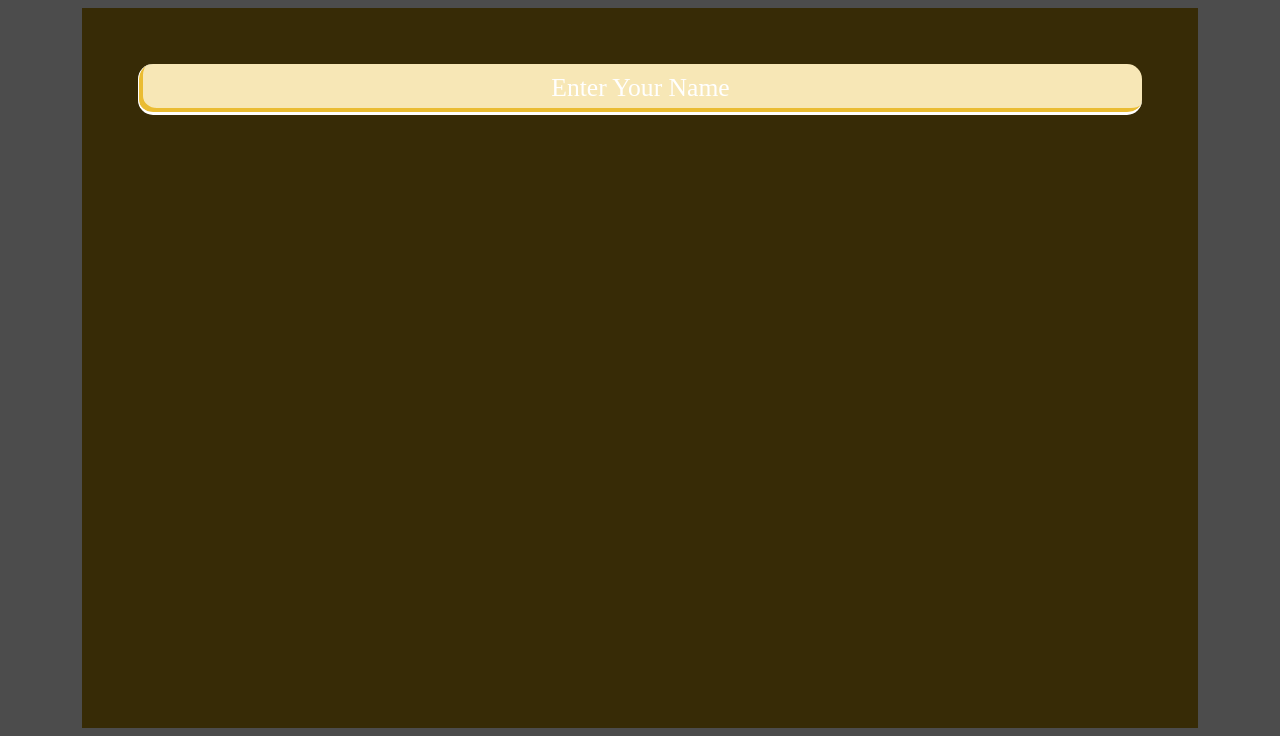
Repository: Haneef-Shaik/Greetings
Page: /
An editor plug-in stored every save of this project. The page is shown before and after the next save, followed by the edit.
The browser window is 1280 px wide. The pictures show the whole page.
The project was rebuilt for these pictures with package versions that can differ from the ones it lists, and the page was loaded fresh each time. The framework's server and built-in components were replaced by stand-ins that run in the browser. Also part of the build but not shown: next.config.js, styles/card.module.scss, components/card.js, styles/socialShare.module.scss, components/socialShare.js.

Above is the page before, as saved 2021-12-01 20:26:17.

### pages/_app.js
import '../styles/globals.css'
import 'bootstrap/dist/css/bootstrap.css'


function MyApp({ Component, pageProps }) {
  return <Component {...pageProps} />
}

export default MyApp

### pages/index.js
import Card from "../components/card.js";
import {useRouter} from 'next/router';
import Ss from "../components/socialShare"
import InpFrm from "../components/form"

export default function Home() {
  const {query} = useRouter();
  const myurls='https://gratefulprayerthankfulheart.com/wp-content/uploads/2014/12/aquawhitechristmastreegreeting.jpg';

  if(query.length > 0)
  {

    if(query.greeting)
    {
      return (
        <>
          <Card event={query.event} image={query.bgImg} name={query.name} greeting={query.greeting}  />
        </>
          )
    }
    else
    {
      return (
        <>
          <Card event={query.event} image={query.bgImg} name={query.name}  />
        </>
          )
    }

  }
  else
  {
    return (
        <>
          <InpFrm />
        </>
        )
  }
    // return (
    //   <>
        {/* <Card event='Event' image={myurls} name='Name' color='red' greeting="Lorem Ipsum is simply dummy text of the printing and typesetting industry. Lorem Ipsum has been thing software like Aldus PageMaker including versions of Lorem Ipsum."  /> */}
        {/* <Ss mylink="localhost:3000/name=haneef&event=christmas" /> */}
    {/*     <Ss mylink="localhost:3000/name=haneef&event=christmasW&sddsajnodsoduaibdadbksa" /> */}
    //   </>
    //     )

}

### components/form.js
/* eslint-disable no-undef */
import React, {useState,useRef} from 'react'

import 'bootstrap/dist/css/bootstrap.min.css';
import styles from '../styles/form.module.scss';
import IMAGE from 'next/image'


function Edit() {
    return (
        <div className="container-fluid p-2 "  style={{backgroundColor:'#4C4C4C'} }>
            <div className="container">
                <div className="row">
                    <div className="col-12">
                        <div className={styles.formContainer} >
                            <form>
                                <input type="text" placeholder="Enter Your Name" className="col-12 inpName" />
                            </form>
                        </div>
                    </div>
                </div>
            </div>
        </div>
    )
}


class InvitationCard extends React.Component{
    render(){
        return (

                <div className="body p-2" style={{backgroundColor: this.props.c,backgroundImage:`url(${this.props.im})`,backgroundSize:350,backgroundRepeat:'no-repeat'}} >
                    <h1 id="heading" style={{color: this.props.heading}}>{this.props.name}</h1>
                    <p style={{marginTop: "50px",color: this.props.content}}>{this.props.message}</p>
                    <p style={{color: this.props.content}} id="toWhom">{this.props.to}</p>
                </div>
        )
    }

}



export default Edit;

### styles/form.module.scss
.formContainer{
    padding:5%;
    height:100vh;
    background-color:#372B06;
    // background: linear-gradient(#920000,#800000,#6D0000,#490000);
    input{
        text-align:center;
        font-family: 'Times New Roman', Times, serif;
        font-size:1.6rem;
        border:none;
        border-bottom: 3px solid #fff ;
        border-left: 1px solid #fff ;

        background-color:#F7E7B6;
        border-radius:15px;
        box-shadow: inset 4px -4px 0px #EABC32;
        line-height:3rem;
        &::placeholder{
            color:#fff;
        }
    }
}

Loaded but not shown: styles/globals.css (common file)

After the next save:
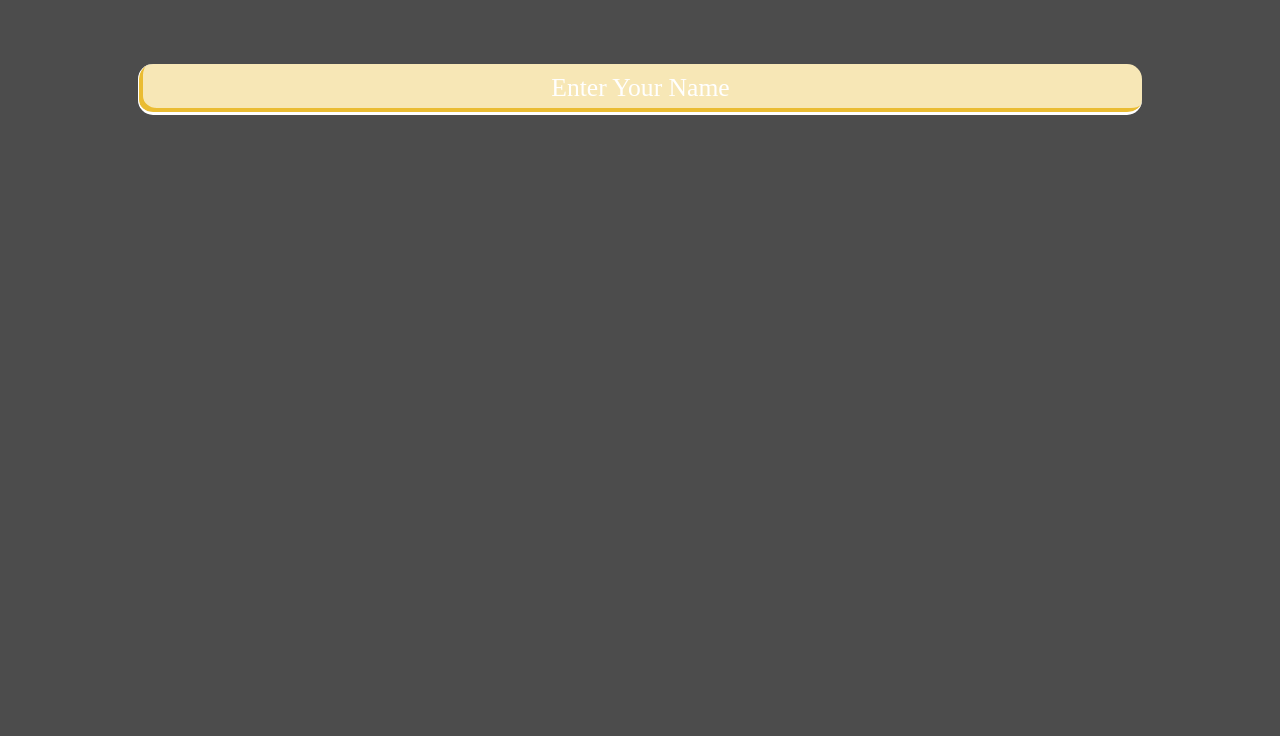
Saved 4 s later.
--- a/styles/form.module.scss
+++ b/styles/form.module.scss
@@ -1,7 +1,7 @@
 .formContainer{
     padding:5%;
     height:100vh;
-    background-color:#372B06;
+    background-color:#4C4C4C;
     // background: linear-gradient(#920000,#800000,#6D0000,#490000);
     input{
         text-align:center;
